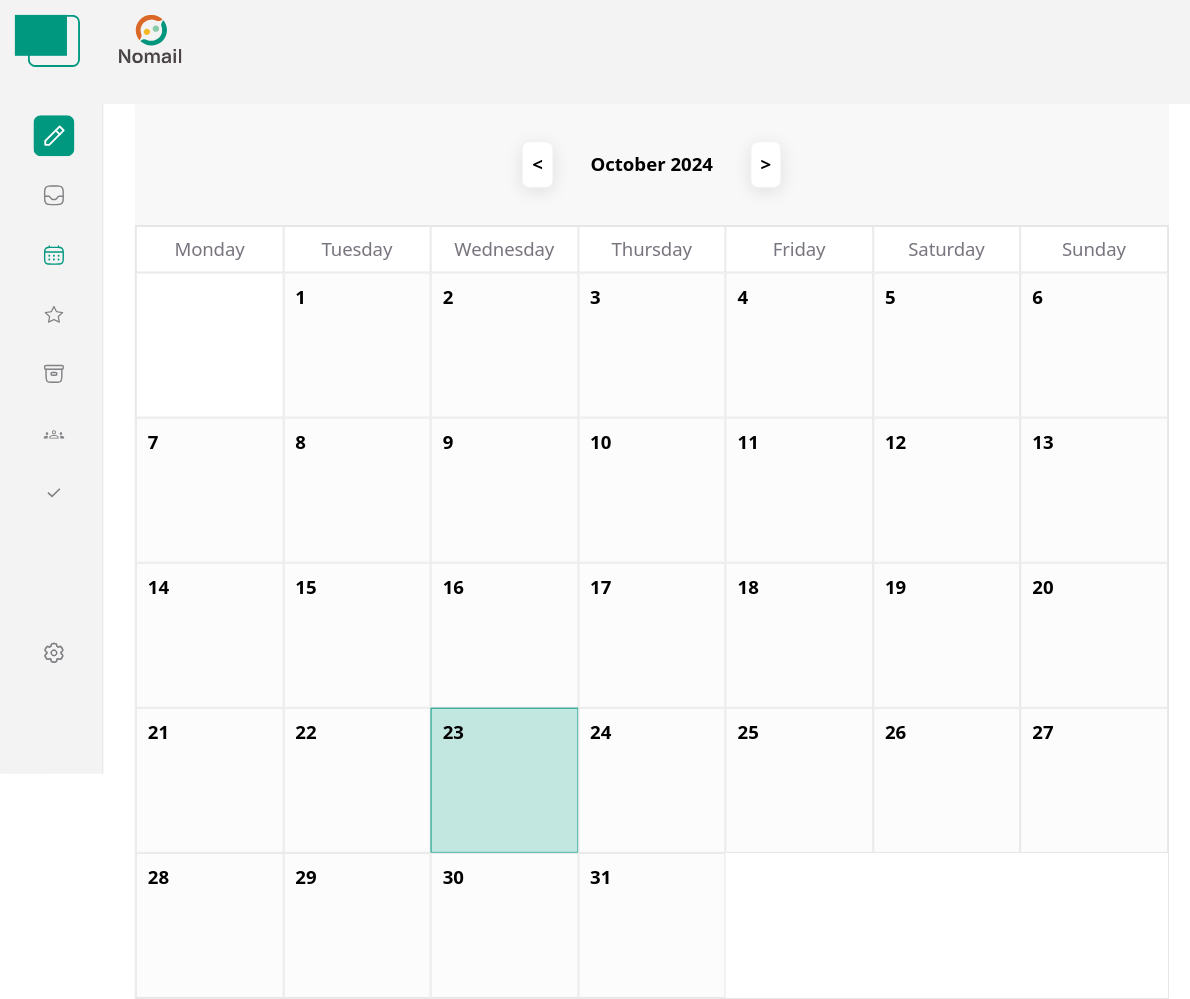
Repository: Tofigkh1/Nomail-App
Page: /calendar
These files come from the project's save history. The page is drawn as it stood at one moment and after the next save; the edit follows.
The browser window is 1280 px wide. The pictures show the whole page, at 93% of full size.
The project was rebuilt for these pictures with package versions that can differ from the ones it lists, and the page was loaded fresh each time. The framework's server and built-in components were replaced by stand-ins that run in the browser. Also part of the build but not shown: next.config.mjs, components/shared/svg/calendarSvg.jsx.

Above is the page before, as saved 2024-10-23 03:24:54.

### app/layout.tsx
import type { Metadata } from "next";
import localFont from "next/font/local";
import "./Styles/globals.css";
import Header from "@/components/shared/client/Header/header";

const geistSans = localFont({
  src: "./fonts/GeistVF.woff",
  variable: "--font-geist-sans",
  weight: "100 900",
});
const geistMono = localFont({
  src: "./fonts/GeistMonoVF.woff",
  variable: "--font-geist-mono",
  weight: "100 900",
});

export const metadata: Metadata = {
  title: "Create Next App",
  description: "Generated by create next app",
};

export default function RootLayout({
  children,
}: Readonly<{
  children: React.ReactNode;
}>) {
  return (
    <html lang="en">
      <body
        className={`${geistSans.variable} ${geistMono.variable} antialiased`}
      >
        {children}

      </body>
    </html>
  );
}

### app/Styles/globals.css
@tailwind base;
@tailwind components;
@tailwind utilities;


.App {
  font-family: sans-serif;
  text-align: center;
}


:root {
  --background: #ffffff;
  --foreground: #171717;
}

@media (prefers-color-scheme: dark) {
  :root {
    --background: #0a0a0a;
    --foreground: #ededed;
  }
}


@layer utilities {
  .text-balance {
    text-wrap: balance;
  }
}

### components/shared/client/Header/header.tsx
import { useContext } from "react";
import { SidebarContext } from '../SideBarMenu/sideBarMenu'; // Import context
import NomailLogo from "@/components/shared/svg/headerlLogoSvg";
import HamburgerBtnSvg from "../../svg/hamburgerBtnSvg"



export default function Header() {

    const { expanded, setExpanded } = useContext(SidebarContext); // Access context

    return (
        <div className="flex items-center justify-between p-4 bg-headerColor text-white">
            <div className='w-auto h-20 flex gap-14'>

                <div>
                    <button onClick={() => setExpanded(!expanded)}
                            className="pl-3.5 bg-textColorGreen hover:bg-clientButtonGreen w-14 h-11">
                        <HamburgerBtnSvg/>
                    </button>
                </div>

                <div>
                    <NomailLogo/>
                </div>


            </div>
        </div>
    );
}

### components/shared/client/SideBarMenu/sideBarMenu.tsx
import React, { useState, useContext, ReactNode } from "react";
import { ChevronFirst, ChevronLast } from "lucide-react";

export const SidebarContext = React.createContext<{ expanded: boolean; setExpanded: (expanded: boolean) => void; }>({
    expanded: false,
    setExpanded: () => {},
});

// Sidebar component now depends on context for state
export default function Sidebar({ children }: { children: ReactNode }) {
    const { expanded, setExpanded } = useContext(SidebarContext);

    return (
        <aside className="h-screen bg-headerColor">
            <nav
                className={`h-full flex flex-col bg-headerColor border-r border-whiteLight3 transition-all duration-200 ease-in-out ml-3 ${expanded ? "w-[127%] h-[130%] " : "w-[99px]"}`}>

                <ul className=" flex-1 px-3">{children}</ul>
            </nav>
        </aside>
    );
}

// SidebarItem component for individual items inside the sidebar
type SidebarItemProps = {
    icon: ReactNode;   // Icon to display in the sidebar item
    text: string;      // Text to display in the sidebar item
    active: boolean;   // Boolean to determine if the item is active (highlighted)
    onClick: () => void; // Add onClick function to handle clicks
    style?: React.CSSProperties;
};

export function SidebarItem({icon, text, active, onClick,style}: SidebarItemProps) {
    const context = useContext(SidebarContext); // Sidebar context to manage expanded/collapsed state
    const {expanded} = context!;

    return (
        <li
            onClick={onClick} // Attach the click handler here
            style={style}
            className={`group relative flex items-center py-2 px-3 my-1 font-medium rounded-md cursor-pointer duration-300 ease-in-out transition-colors
          ${
                active
                    ? " text-mainRedLight " // Active item style
                    : " text-gray-600 " // Hover style for non-active items
            }`}
        >

            <span className="text-xl transition-all duration-300 ease-in-out">
        {icon}
      </span>

            {/* Text büyütüldü ve boşluk artırıldı */}
            {expanded && (
                <span className="ml-4 text-xl text-black transition-all duration-300 ease-in-out ">
          {text}
        </span>
            )}

            {/* Navbar kapalıyken hover ile çıkan isimler için arka plan yeşil yapıldı */}
            {!expanded && (
                <span
                    className={` absolute left-full whitespace-nowrap bg-textColorGreen text-white rounded-md py-1 px-2 transition-all duration-300 ease-in-out ml-2 opacity-0 group-hover:opacity-100`}
                >
          {text}
        </span>
            )}
        </li>
    );
}

### components/shared/svg/newMail.jsx
'use client'
export default function  newMail(){
    return(
        <>
            <svg width="44" height="44" viewBox="0 0 44 44" fill="none" xmlns="http://www.w3.org/2000/svg">
                <rect width="44" height="44" rx="8" fill="#00987F"/>
                <path fill-rule="evenodd" clip-rule="evenodd"
                      d="M27.5115 11.2439C27.902 10.8534 28.5351 10.8534 28.9257 11.2438L33.1687 15.4863C33.3562 15.6739 33.4616 15.9282 33.4616 16.1935C33.4616 16.4587 33.3562 16.7131 33.1687 16.9006L17.6122 32.4571C17.4247 32.6446 17.1703 32.75 16.9051 32.75H12.6626C12.1103 32.75 11.6626 32.3023 11.6626 31.75V27.5075C11.6626 27.2423 11.768 26.9879 11.9555 26.8004L27.5115 11.2439ZM28.2187 13.3652L13.6626 27.9217V30.75H16.4909L31.0473 16.1935L28.2187 13.3652Z"
                      fill="white"/>
                <path fill-rule="evenodd" clip-rule="evenodd"
                      d="M23.269 15.4864C23.6595 15.0959 24.2927 15.0959 24.6832 15.4864L28.9257 19.7289C29.3162 20.1194 29.3162 20.7526 28.9257 21.1431C28.5352 21.5336 27.902 21.5336 27.5115 21.1431L23.269 16.9006C22.8784 16.5101 22.8784 15.8769 23.269 15.4864Z"
                      fill="white"/>
            </svg>


        </>
    )
}

### components/shared/svg/FavoritesSvg.jsx
'use client'
export default function  favoritesSvg(){
    return(
        <>
            <svg width="44" height="44" viewBox="0 0 44 44" fill="none" xmlns="http://www.w3.org/2000/svg">
                <path
                    d="M15.5808 30.2201C15.4833 30.7528 16.0307 31.1692 16.5132 30.9316L22.0006 28.2246L27.4868 30.9316C27.9693 31.1692 28.5168 30.7528 28.4193 30.2213L27.3818 24.5457L31.7842 20.5188C32.1967 20.142 31.9842 19.4533 31.4317 19.3789L25.3093 18.5438L22.5794 13.3517C22.5274 13.2465 22.4453 13.1576 22.3428 13.0953C22.2402 13.0331 22.1214 13 22 13C21.8787 13 21.7598 13.0331 21.6573 13.0953C21.5547 13.1576 21.4727 13.2465 21.4206 13.3517L18.6907 18.545L12.5683 19.3801C12.0171 19.4545 11.8033 20.1432 12.2146 20.52L16.6182 24.5469L15.5808 30.2225V30.2201ZM21.7119 26.8999L17.1045 29.1725L17.972 24.4245C17.9928 24.3152 17.9852 24.2026 17.9496 24.0969C17.914 23.9911 17.8517 23.8955 17.7682 23.8185L14.1358 20.4948L19.2007 19.8037C19.3054 19.788 19.4046 19.7484 19.4901 19.6883C19.5756 19.6281 19.6448 19.5492 19.6919 19.4581L21.9981 15.0688L24.3068 19.4581C24.354 19.5492 24.4232 19.6281 24.5086 19.6883C24.5941 19.7484 24.6934 19.788 24.7981 19.8037L29.863 20.4936L26.2306 23.8173C26.1469 23.8944 26.0844 23.9903 26.0488 24.0962C26.0133 24.2022 26.0057 24.315 26.0268 24.4245L26.8943 29.1725L22.2869 26.8999C22.1979 26.8555 22.0991 26.8324 21.9988 26.8324C21.8985 26.8324 21.8009 26.8555 21.7119 26.8999Z"
                    fill="#A4A4A9"/>
                <path
                    d="M15.5808 30.2201C15.4833 30.7528 16.0307 31.1692 16.5132 30.9316L22.0006 28.2246L27.4868 30.9316C27.9693 31.1692 28.5168 30.7528 28.4193 30.2213L27.3818 24.5457L31.7842 20.5188C32.1967 20.142 31.9842 19.4533 31.4317 19.3789L25.3093 18.5438L22.5794 13.3517C22.5274 13.2465 22.4453 13.1576 22.3428 13.0953C22.2402 13.0331 22.1214 13 22 13C21.8787 13 21.7598 13.0331 21.6573 13.0953C21.5547 13.1576 21.4727 13.2465 21.4206 13.3517L18.6907 18.545L12.5683 19.3801C12.0171 19.4545 11.8033 20.1432 12.2146 20.52L16.6182 24.5469L15.5808 30.2225V30.2201ZM21.7119 26.8999L17.1045 29.1725L17.972 24.4245C17.9928 24.3152 17.9852 24.2026 17.9496 24.0969C17.914 23.9911 17.8517 23.8955 17.7682 23.8185L14.1358 20.4948L19.2007 19.8037C19.3054 19.788 19.4046 19.7484 19.4901 19.6883C19.5756 19.6281 19.6448 19.5492 19.6919 19.4581L21.9981 15.0688L24.3068 19.4581C24.354 19.5492 24.4232 19.6281 24.5086 19.6883C24.5941 19.7484 24.6934 19.788 24.7981 19.8037L29.863 20.4936L26.2306 23.8173C26.1469 23.8944 26.0844 23.9903 26.0488 24.0962C26.0133 24.2022 26.0057 24.315 26.0268 24.4245L26.8943 29.1725L22.2869 26.8999C22.1979 26.8555 22.0991 26.8324 21.9988 26.8324C21.8985 26.8324 21.8009 26.8555 21.7119 26.8999Z"
                    fill="black" fill-opacity="0.2"/>
            </svg>


        </>
    )
}

### components/shared/svg/ArchiveSvg.jsx
'use client'
export default function archiveSvg(){
    return(
        <>
            <svg width="44" height="44" viewBox="0 0 44 44" fill="none" xmlns="http://www.w3.org/2000/svg">
                <path
                    d="M19 22C19 21.534 19 21.301 19.076 21.117C19.1777 20.8725 19.3723 20.6783 19.617 20.577C19.801 20.5 20.034 20.5 20.5 20.5H23.5C23.966 20.5 24.199 20.5 24.383 20.576C24.6275 20.6777 24.8217 20.8723 24.923 21.117C25 21.301 25 21.534 25 22C25 22.466 25 22.699 24.924 22.883C24.8223 23.1275 24.6277 23.3217 24.383 23.423C24.199 23.5 23.966 23.5 23.5 23.5H20.5C20.034 23.5 19.801 23.5 19.617 23.424C19.3725 23.3223 19.1783 23.1277 19.077 22.883C19 22.699 19 22.466 19 22Z"
                    stroke="#A4A4A9" stroke-width="1.5"/>
                <path
                    d="M19 22C19 21.534 19 21.301 19.076 21.117C19.1777 20.8725 19.3723 20.6783 19.617 20.577C19.801 20.5 20.034 20.5 20.5 20.5H23.5C23.966 20.5 24.199 20.5 24.383 20.576C24.6275 20.6777 24.8217 20.8723 24.923 21.117C25 21.301 25 21.534 25 22C25 22.466 25 22.699 24.924 22.883C24.8223 23.1275 24.6277 23.3217 24.383 23.423C24.199 23.5 23.966 23.5 23.5 23.5H20.5C20.034 23.5 19.801 23.5 19.617 23.424C19.3725 23.3223 19.1783 23.1277 19.077 22.883C19 22.699 19 22.466 19 22Z"
                    stroke="black" stroke-opacity="0.2" stroke-width="1.5"/>
                <path
                    d="M30.5 17V23C30.5 26.771 30.5 28.657 29.328 29.828C28.157 31 26.271 31 22.5 31H21.5C17.729 31 15.843 31 14.672 29.828C13.5 28.657 13.5 26.771 13.5 23V17"
                    stroke="#A4A4A9" stroke-width="1.5" stroke-linecap="round"/>
                <path
                    d="M30.5 17V23C30.5 26.771 30.5 28.657 29.328 29.828C28.157 31 26.271 31 22.5 31H21.5C17.729 31 15.843 31 14.672 29.828C13.5 28.657 13.5 26.771 13.5 23V17"
                    stroke="black" stroke-opacity="0.2" stroke-width="1.5" stroke-linecap="round"/>
                <path
                    d="M12 15C12 14.057 12 13.586 12.293 13.293C12.586 13 13.057 13 14 13H30C30.943 13 31.414 13 31.707 13.293C32 13.586 32 14.057 32 15C32 15.943 32 16.414 31.707 16.707C31.414 17 30.943 17 30 17H14C13.057 17 12.586 17 12.293 16.707C12 16.414 12 15.943 12 15Z"
                    stroke="#A4A4A9" stroke-width="1.5"/>
                <path
                    d="M12 15C12 14.057 12 13.586 12.293 13.293C12.586 13 13.057 13 14 13H30C30.943 13 31.414 13 31.707 13.293C32 13.586 32 14.057 32 15C32 15.943 32 16.414 31.707 16.707C31.414 17 30.943 17 30 17H14C13.057 17 12.586 17 12.293 16.707C12 16.414 12 15.943 12 15Z"
                    stroke="black" stroke-opacity="0.2" stroke-width="1.5"/>
            </svg>

        </>
    )
}

### components/shared/svg/TodoSvg.jsx
'use client'
export default function  todoSvg(){
    return(
        <>
            <svg width="44" height="44" viewBox="0 0 44 44" fill="none" xmlns="http://www.w3.org/2000/svg">
                <path d="M19.8957 27L15 22.2599L16.2239 21.0748L19.8957 24.6299L27.7761 17L29 18.185L19.8957 27Z"
                      fill="#A4A4A9"/>
                <path d="M19.8957 27L15 22.2599L16.2239 21.0748L19.8957 24.6299L27.7761 17L29 18.185L19.8957 27Z"
                      fill="black" fill-opacity="0.2"/>
            </svg>

        </>
    )
}

### components/shared/svg/calendarActiveSvg.jsx
'use client'
export default function  calendarActiveSvg(){
    return(
        <>



     <svg width="44" height="44" viewBox="0 0 44 44" fill="none" xmlns="http://www.w3.org/2000/svg">
<path fill-rule="evenodd" clip-rule="evenodd" d="M15.711 14.8898C14.7049 15.0251 14.1254 15.2789 13.7026 15.7021C13.2793 16.125 13.0251 16.7049 12.8898 17.711C12.7516 18.7386 12.75 20.0933 12.75 22V24C12.75 25.9067 12.7516 27.2614 12.8898 28.289C13.0251 29.2951 13.2789 29.8746 13.7021 30.2974C14.125 30.7207 14.7049 30.9749 15.711 31.1102C16.7386 31.2484 18.0933 31.25 20 31.25H24C25.9067 31.25 27.2614 31.2484 28.289 31.1102C29.2951 30.9749 29.8746 30.7211 30.2974 30.2979C30.7207 29.875 30.9749 29.2951 31.1102 28.289C31.2484 27.2614 31.25 25.9067 31.25 24V22C31.25 20.0933 31.2484 18.7386 31.1102 17.711C30.9749 16.7049 30.7211 16.1254 30.2979 15.7026C29.875 15.2793 29.2951 15.0251 28.289 14.8898C27.2614 14.7516 25.9067 14.75 24 14.75H20C18.0933 14.75 16.7386 14.7516 15.711 14.8898ZM19.9436 13.25H24.0564C25.8941 13.25 27.3497 13.25 28.489 13.4032C29.6612 13.5608 30.6101 13.893 31.3581 14.6414C32.1069 15.3896 32.4391 16.3386 32.5968 17.511C32.75 18.6503 32.75 20.1059 32.75 21.9436V24.0565C32.75 25.8941 32.75 27.3498 32.5968 28.489C32.4391 29.6613 32.1069 30.6102 31.3583 31.3583C30.6102 32.1069 29.6613 32.4391 28.489 32.5968C27.3498 32.75 25.8941 32.75 24.0565 32.75H19.9436C18.1059 32.75 16.6503 32.75 15.511 32.5968C14.3386 32.4391 13.3896 32.1069 12.6414 31.3581C11.893 30.6101 11.5608 29.6612 11.4032 28.489C11.25 27.3497 11.25 25.8941 11.25 24.0564V21.9436C11.25 20.1059 11.25 18.6503 11.4032 17.511C11.5609 16.3387 11.8931 15.3898 12.6417 14.6417C13.3898 13.8931 14.3387 13.5609 15.511 13.4032C16.6503 13.25 18.1059 13.25 19.9436 13.25Z" fill="#00987F"/>
<path fill-rule="evenodd" clip-rule="evenodd" d="M17 11.75C17.4142 11.75 17.75 12.0858 17.75 12.5V14C17.75 14.4142 17.4142 14.75 17 14.75C16.5858 14.75 16.25 14.4142 16.25 14V12.5C16.25 12.0858 16.5858 11.75 17 11.75ZM27 11.75C27.4142 11.75 27.75 12.0858 27.75 12.5V14C27.75 14.4142 27.4142 14.75 27 14.75C26.5858 14.75 26.25 14.4142 26.25 14V12.5C26.25 12.0858 26.5858 11.75 27 11.75ZM11.75 19C11.75 18.5858 12.0858 18.25 12.5 18.25H31.5C31.9142 18.25 32.25 18.5858 32.25 19C32.25 19.4142 31.9142 19.75 31.5 19.75H12.5C12.0858 19.75 11.75 19.4142 11.75 19Z" fill="#00987F"/>
<path d="M28 27C28 27.2652 27.8946 27.5196 27.7071 27.7071C27.5196 27.8946 27.2652 28 27 28C26.7348 28 26.4804 27.8946 26.2929 27.7071C26.1054 27.5196 26 27.2652 26 27C26 26.7348 26.1054 26.4804 26.2929 26.2929C26.4804 26.1054 26.7348 26 27 26C27.2652 26 27.5196 26.1054 27.7071 26.2929C27.8946 26.4804 28 26.7348 28 27ZM28 23C28 23.2652 27.8946 23.5196 27.7071 23.7071C27.5196 23.8946 27.2652 24 27 24C26.7348 24 26.4804 23.8946 26.2929 23.7071C26.1054 23.5196 26 23.2652 26 23C26 22.7348 26.1054 22.4804 26.2929 22.2929C26.4804 22.1054 26.7348 22 27 22C27.2652 22 27.5196 22.1054 27.7071 22.2929C27.8946 22.4804 28 22.7348 28 23ZM23 27C23 27.2652 22.8946 27.5196 22.7071 27.7071C22.5196 27.8946 22.2652 28 22 28C21.7348 28 21.4804 27.8946 21.2929 27.7071C21.1054 27.5196 21 27.2652 21 27C21 26.7348 21.1054 26.4804 21.2929 26.2929C21.4804 26.1054 21.7348 26 22 26C22.2652 26 22.5196 26.1054 22.7071 26.2929C22.8946 26.4804 23 26.7348 23 27ZM23 23C23 23.2652 22.8946 23.5196 22.7071 23.7071C22.5196 23.8946 22.2652 24 22 24C21.7348 24 21.4804 23.8946 21.2929 23.7071C21.1054 23.5196 21 23.2652 21 23C21 22.7348 21.1054 22.4804 21.2929 22.2929C21.4804 22.1054 21.7348 22 22 22C22.2652 22 22.5196 22.1054 22.7071 22.2929C22.8946 22.4804 23 22.7348 23 23ZM18 27C18 27.2652 17.8946 27.5196 17.7071 27.7071C17.5196 27.8946 17.2652 28 17 28C16.7348 28 16.4804 27.8946 16.2929 27.7071C16.1054 27.5196 16 27.2652 16 27C16 26.7348 16.1054 26.4804 16.2929 26.2929C16.4804 26.1054 16.7348 26 17 26C17.2652 26 17.5196 26.1054 17.7071 26.2929C17.8946 26.4804 18 26.7348 18 27ZM18 23C18 23.2652 17.8946 23.5196 17.7071 23.7071C17.5196 23.8946 17.2652 24 17 24C16.7348 24 16.4804 23.8946 16.2929 23.7071C16.1054 23.5196 16 23.2652 16 23C16 22.7348 16.1054 22.4804 16.2929 22.2929C16.4804 22.1054 16.7348 22 17 22C17.2652 22 17.5196 22.1054 17.7071 22.2929C17.8946 22.4804 18 22.7348 18 23Z" fill="#00987F"/>
</svg>



        </>
    )
}

### components/shared/svg/hamburgerBtnSvg.jsx
'use client'
export default function  HamburgerBtnSvg(){
    return(
        <>
            <svg width="56" height="56" viewBox="0 0 56 56" fill="none" xmlns="http://www.w3.org/2000/svg">
                <rect x="1" y="1" width="54" height="54" rx="7" stroke="#00987F" stroke-width="2"/>
                <path d="M19 22H37V24H19V22ZM19 27H37V29H19V27ZM19 32H37V34H19V32Z" fill="#00987F"/>
            </svg>


        </>
    )
}

### components/shared/client/Calendar/Calendar.css
.calendar-container {
    width: 90%;
    background-color: #f8f8f8;
    color: black;
    margin: 0 auto;
    margin-left: 100px;
  }

  .calendar-header {
    display: flex;
    justify-content: center;
    align-items: center;
    gap: 40px;
    padding: 40px 0;
  }

  .calendar-header button {
    background-color: white;
    color: black;
    border-radius: 8px;
    border: 1px solid #f2f2f7;
    padding: 10px;
    cursor: pointer;
    box-shadow: 0px 4px 20px 0px rgba(0, 0, 0, 0.1);
  }

  .calendar-header span {
    font-weight: bold;
  }

  .calendar-grid {
    display: grid;
    grid-template-columns: repeat(7, 1fr);
    justify-content: center;
    align-items: center;
    border: 1px solid #e5e5e5;
    background-color: #fff;
  }

  .calendar-day-name {
    font-size: 20px;
    font-style: normal;
    font-weight: 400;
    letter-spacing: -0.15px;
    color: #79747e;
    padding: 10px;
    border: 1px solid #e5e5e5;
    width: 100%;
    text-align: center;
  }

  .calendar-day {
    background-color: #f0f0f0;
    text-align: center;
    cursor: pointer;
    display: flex;
    width: 100%;
    border: 1px solid #e5e5e5;
    padding: 12px;
    height: 156px;
    flex-direction: column;
    align-items: flex-start;
    background-color: #fcfcfc;
  }
  .calendar-day:hover {
    background-color: #e5e5ea;
  }

  .calendar-day.today {
    border: 1px solid #00987f;
    background-color: #00987f3d;
  }

  .calendar-day.empty {
    background-color: transparent;
    cursor: default;
  }

  .calendar-popup {
    position: fixed;
    top: 20%;
    left: 50%;
    transform: translate(-50%, 0);
    background-color: white;
    border: 1px solid #ddd;
    box-shadow: 0 2px 10px rgba(0, 0, 0, 0.1);
    z-index: 1000;
    display: flex;
    flex-direction: column;
    gap: 5px;
  }

  .popup-header {
    width: 100%;
    display: flex;
    justify-content: space-between;
    box-shadow: 2px 2px 40px 0px rgba(0, 0, 0, 0.16);
    padding: 10px;
  }

  .discard-btn,
  .save-btn {
    background-color: #fff;
    border: none;
    padding: 5px 10px;
    cursor: pointer;
    font-size: 14px;
    border-radius: 4px;
  }
  .popup-external {
    display: flex;
    justify-content: space-between;
    align-items: center;
  }
  .save-btn {
    background-color: #00987f;
    color: white;
    display: flex;
    align-items: center;
    justify-content: space-between;
    gap: 5px;
    padding: 7.5px 8px;
  }

  .discard-btn {
    color: white;
    display: flex;
    align-items: flex-start;
    gap: 8px;
    color: black;
  }

  .popup-content {
    display: flex;
    flex-direction: column;
    gap: 10px;
    padding: 10px;
  }
  .firstContainer {
    display: flex;
    justify-content: center;
    gap: 10px;
    padding: 10px;
  }
  .secondContainer {
    display: flex;
    align-items: center;
    gap: 10px;
    padding: 10px;
  }
  .thirdContainer {
    display: flex;
    align-items: center;
    gap: 10px;
    padding: 10px;
  }
  .inputContainers {
    display: flex;
    gap: 10px;
  }
  .dateInput {
    padding: 5px;
    border: 1px solid #e5e5e5;
    border-radius: 10px;
  }
  .timeInput {
    padding: 5px;
    border: 1px solid #e5e5e5;
    border-radius: 10px;
  }
  .textAreaInput {
      padding: 5px;
      width: 100%;
  }
  .textAreaInput:focus {
      outline: none;
      border-bottom: 2px solid #00987f;
  }
  .textInput {
      padding: 5px;
  }
  .textInput:focus {
      outline: none;
      border-bottom: 2px solid #00987f;
  }
  .event-list {
      width: 100%;
      height: 100%;
      display: flex;
      align-items: end;
  }
  .event-item {
      display: flex;
      justify-content: space-between;
      align-items: center;
      width: 100%;
  }
  .goldenText {
      color: #FFC531;
  }


  /* Toggle düğmesi (switch) stil */
  .switch {
      position: relative;
      display: inline-block;
      width: 50px;
      height: 24px;
    }

    /* Gizlenen varsayılan checkbox */
    .switch input {
      opacity: 0;
      width: 0;
      height: 0;
    }

    /* Slider stil (toggle kısmı) */
    .slider {
      position: absolute;
      cursor: pointer;
      top: 0;
      left: 0;
      right: 0;
      bottom: 0;
      background-color: #ccc;
      transition: 0.4s;
      border-radius: 34px;
    }

    .slider:before {
      position: absolute;
      content: "";
      height: 20px;
      width: 20px;
      left: 4px;
      bottom: 2px;
      background-color: white;
      transition: 0.4s;
      border-radius: 50%;
    }

    /* Checkbox checked olunca stil */
    input:checked + .slider {
      background-color: #2196F3;
    }

    /* Toggle yuvarlağının sağa geçmesi */
    input:checked + .slider:before {
      transform: translateX(26px);
    }

    /* Slider yuvarlatılmış köşeler */
    .slider.round {
      border-radius: 34px;
    }

    .slider.round:before {
        border-radius:50%;
}

### tailwind.config.ts
import type { Config } from "tailwindcss";

const config: Config = {
  content: [
    "./pages/**/*.{js,ts,jsx,tsx,mdx}",
    "./components/**/*.{js,ts,jsx,tsx,mdx}",
    "./app/**/*.{js,ts,jsx,tsx,mdx}",
  ],
  theme: {
    extend: {
      colors: {
        background: "var(--background)",
        foreground: "var(--foreground)",
        headerColor: "#F3F3F3",
        textColorGreen: "#00987F",
        textGray: "#A4A4A9",
        sideBarColor: "#E5E5E5",
        textColGreen: "#00987F",
        bordersColor: "#D1D1D6"
      },
    },
  },
  plugins: [],
};
export default config;

Loaded but not shown: components/shared/svg/settingSvg.jsx (25 lines, source omitted); components/shared/client/Calendar/index.jsx (361 lines, source omitted); components/shared/svg/InboxSvg.jsx (17 lines, source omitted); components/shared/svg/groupSvg.jsx (17 lines, source omitted); components/shared/svg/headerlLogoSvg.jsx (38 lines, source omitted); app/calendar/page.tsx (100 lines, source omitted)

After the next save:
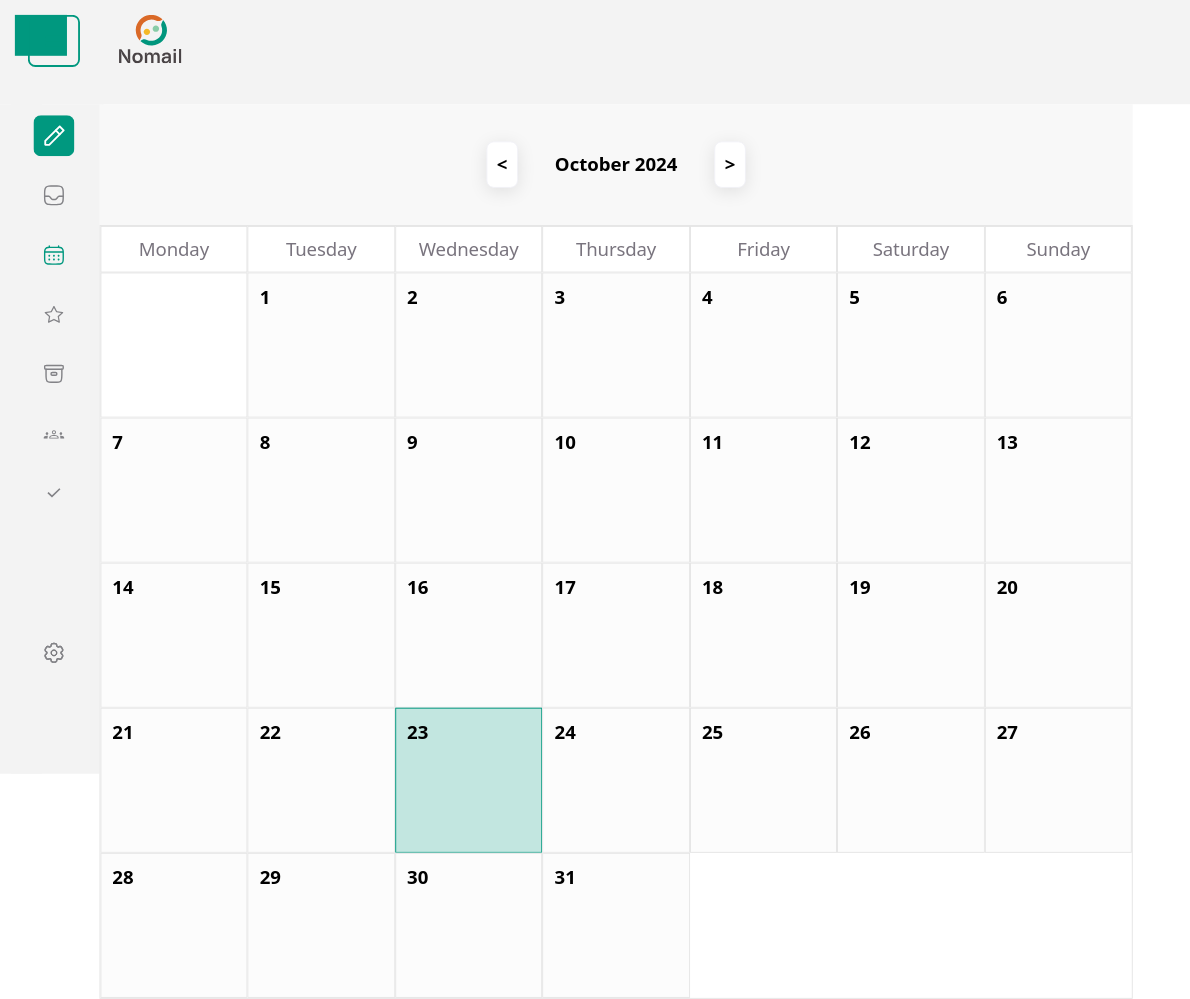
Saved 11 s later.
--- a/components/shared/client/Calendar/Calendar.css
+++ b/components/shared/client/Calendar/Calendar.css
@@ -3,7 +3,7 @@
     background-color: #f8f8f8;
     color: black;
     margin: 0 auto;
-    margin-left: 100px;
+
   }
 
   .calendar-header {
